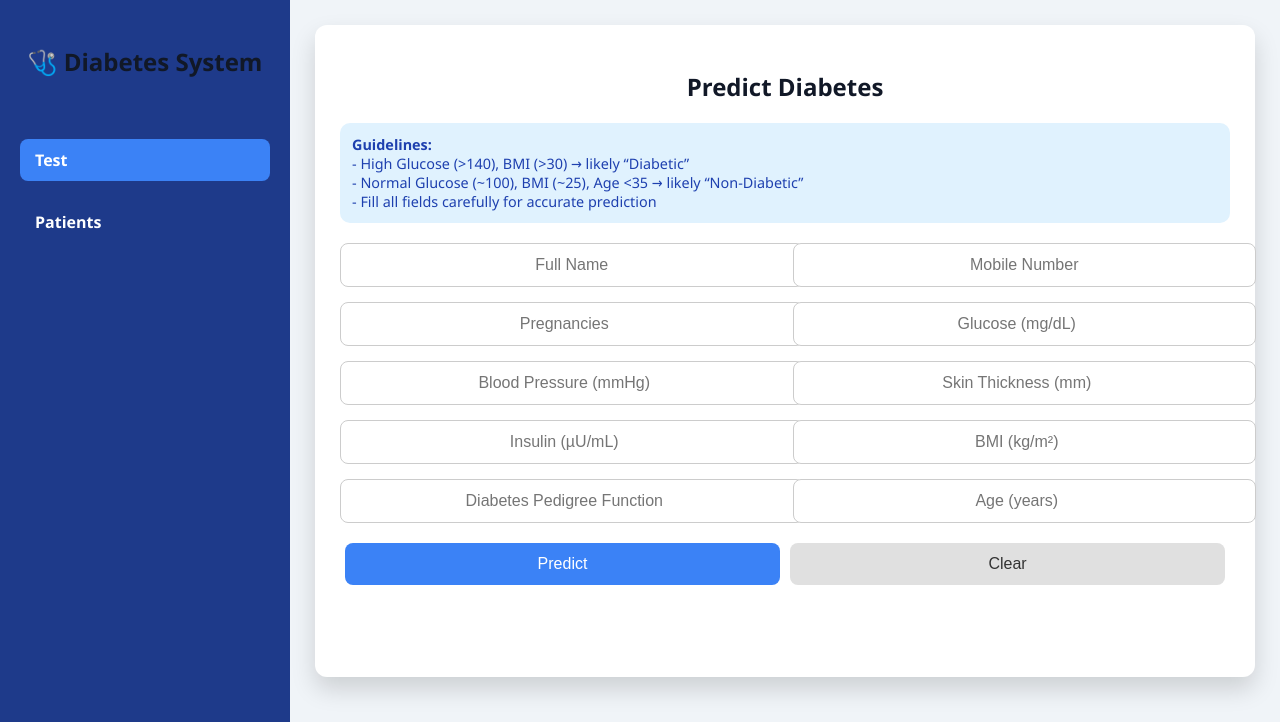
Repository: Aman14150/diabetes-prediction-system
Page: http://localhost/
An editor plug-in stored every save of this project. The page is shown before and after the next save, followed by the edit.
The browser window is 1280 px wide. The pictures show the whole page.
The page is served by the project's application, run on Flask 3 (app.py).

Above is the page before, as saved 2025-10-07 19:51:40.

After the next save:
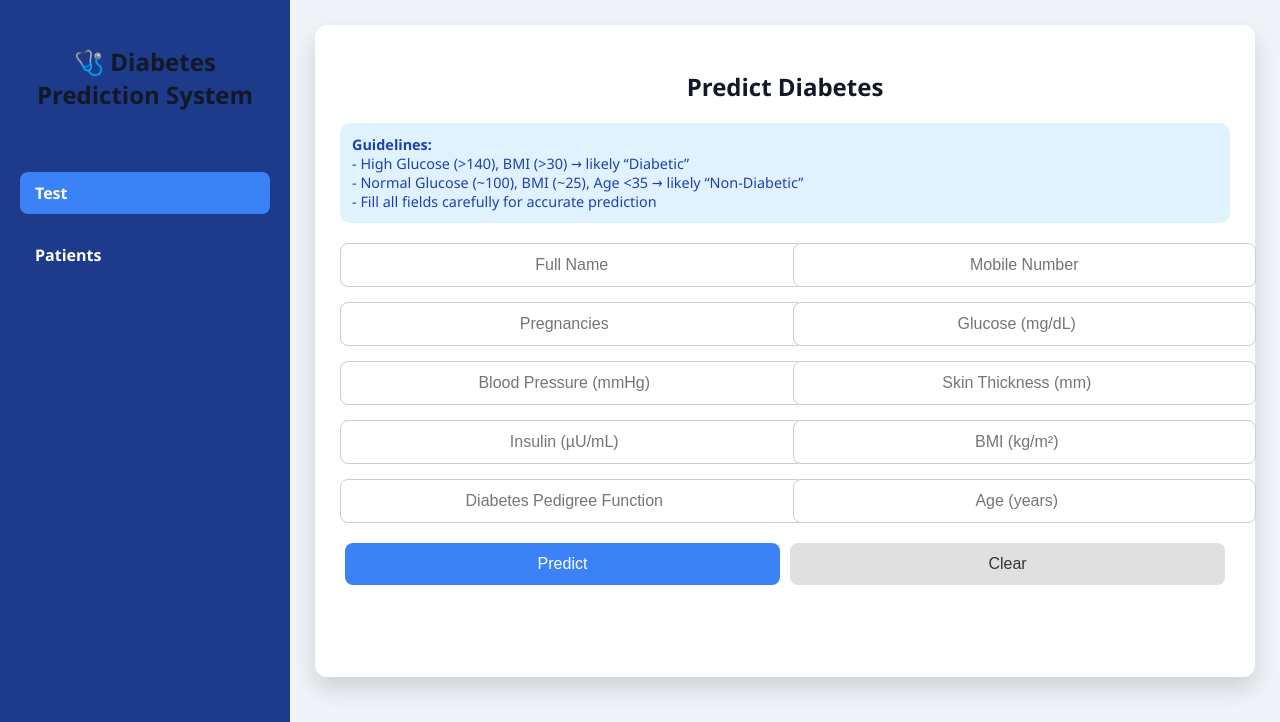
Saved 85 s later.
--- a/templates/index.html
+++ b/templates/index.html
@@ -8,7 +8,7 @@
 <body>
 <div class="container">
     <aside class="sidebar">
-        <h2>🩺 Diabetes System</h2>
+        <h2>🩺 Diabetes Prediction System</h2>
         <ul>
             <li><a href="/" class="{% if not show_patients %}active{% endif %}">Test</a></li>
             <li><a href="/patients" class="{% if show_patients %}active{% endif %}">Patients</a></li>
